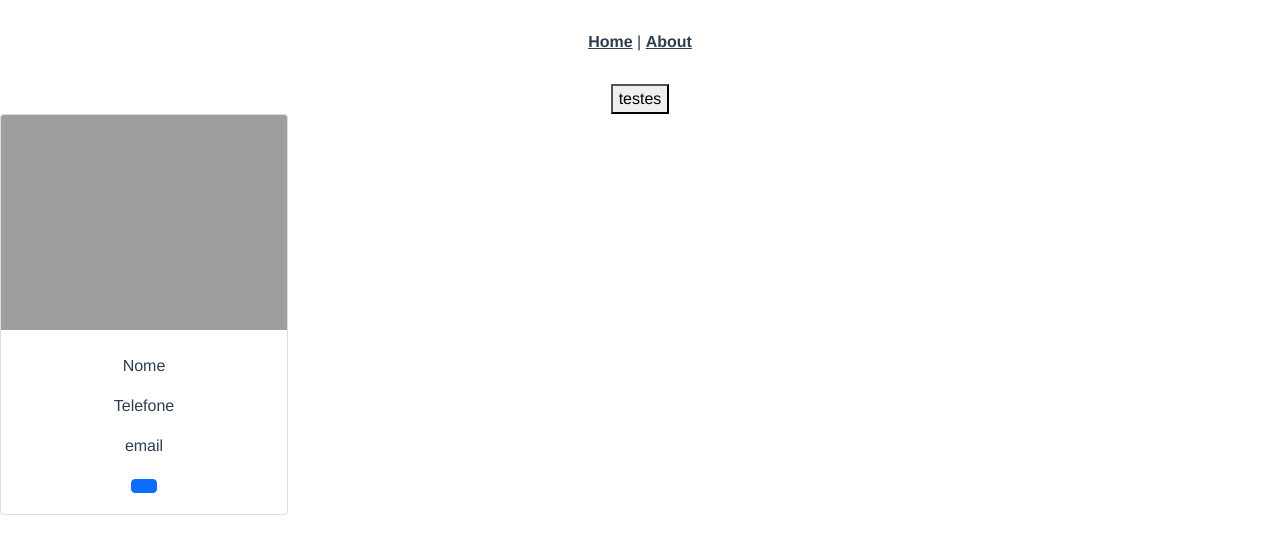
Repository: caiomitsuo/ContactsVueJs
Page: /lista
These files come from the project's save history. The page is drawn as it stood at one moment and after a run of saves; the edit follows.
The browser window is 1280 px wide. The pictures show the whole page.
Pictures or frames that could not be fetched are drawn as grey boxes. The page's requests for data from a server got no answer. The project was rebuilt for these pictures with package versions that can differ from the ones it lists, and the page was loaded fresh each time. No one was signed in, and anything a server would have sent is missing. Also part of the build but not shown: vue.config.js, src/components/HelloWorld.vue, src/views/HomeView.vue.

Above is the page before, as saved 2022-04-30 12:31:28.

After the next 2 saves:
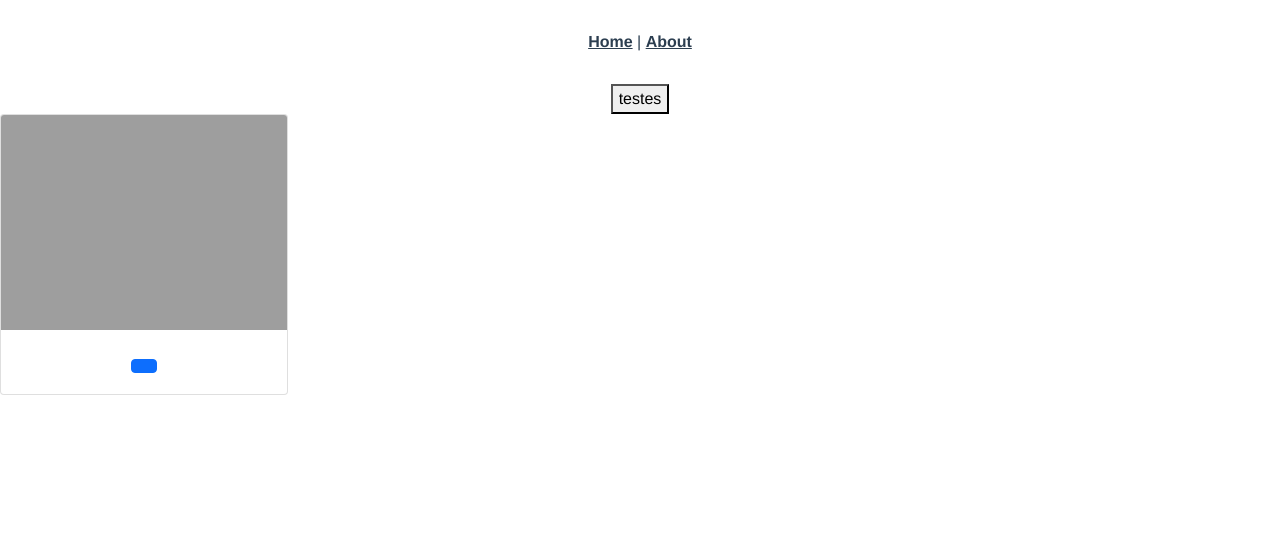
The 2 saves are shown as one change because they came seconds apart.
The last was saved 7 s later.
--- a/src/views/ListView.vue
+++ b/src/views/ListView.vue
@@ -5,9 +5,9 @@
          <img class="card-img-top" src="https://www.psicologo.com.br/wp-content/uploads/sou-uma-pessoa-boa-ou-nao.jpg">
         <div class="card-body">
     <h5 class="card-title">{{user.name}}</h5>
-    <p class="card-text">Nome</p>
-    <p class="card-text">Telefone</p>
-    <p class="card-text">email</p>
+    <h5 class="card-title">{{user.name}}</h5>
+    <h5 class="card-title">{{user.name}}</h5>
+
     <a href="#" class="btn btn-primary"></a>
   </div>
     </div>
